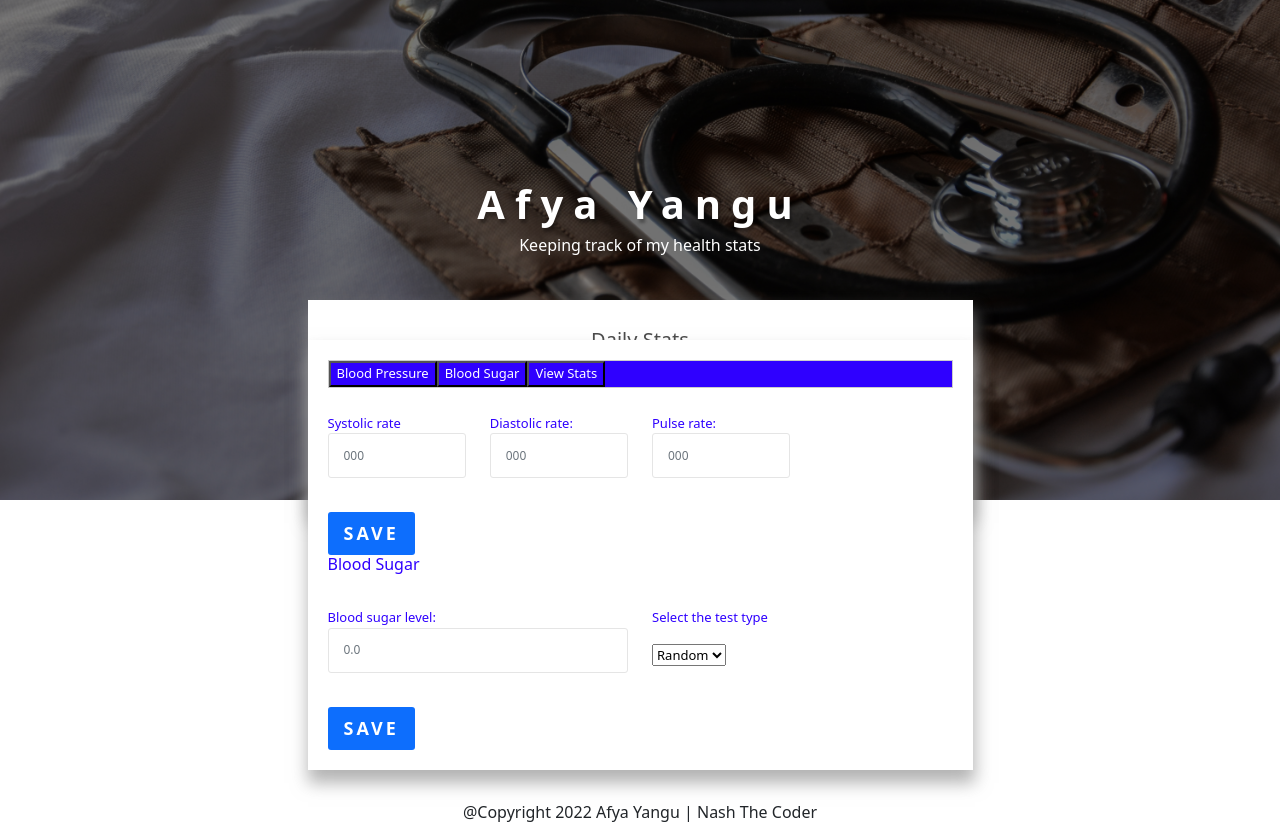
Repository: nashthecoder/afya_yangu
Page: / (app in client/)
These files come from the project's save history. The page is drawn as it stood at one moment and after the next save; the edit follows.
The browser window is 1280 px wide. The pictures show the whole page.
The project was rebuilt for these pictures with package versions that can differ from the ones it lists, and the page was loaded fresh each time.

Above is the page before, as saved 2022-03-17 08:48:16.

### client/public/index.html
<!DOCTYPE html>
<html lang="en">
  <head>
    <meta charset="utf-8" />
    <link rel="icon" href="%PUBLIC_URL%/favicon.ico" />
    <meta name="viewport" content="width=device-width, initial-scale=1" />
    <meta name="theme-color" content="#000000" />
    <meta
      name="description"
      content="Web site created using create-react-app"
    />
    <link rel="apple-touch-icon" href="%PUBLIC_URL%/logo192.png" />
    <!--
      manifest.json provides metadata used when your web app is installed on a
      user's mobile device or desktop. See https://developers.google.com/web/fundamentals/web-app-manifest/
    -->
    <link rel="manifest" href="%PUBLIC_URL%/manifest.json" />
    <!--
      Notice the use of %PUBLIC_URL% in the tags above.
      It will be replaced with the URL of the `public` folder during the build.
      Only files inside the `public` folder can be referenced from the HTML.

      Unlike "/favicon.ico" or "favicon.ico", "%PUBLIC_URL%/favicon.ico" will
      work correctly both with client-side routing and a non-root public URL.
      Learn how to configure a non-root public URL by running `npm run build`.
    -->
    <title>Afya Yangu</title>
  </head>
  <body>
    <noscript>You need to enable JavaScript to run this app.</noscript>
    <div id="root"></div>
    <!--
      This HTML file is a template.
      If you open it directly in the browser, you will see an empty page.

      You can add webfonts, meta tags, or analytics to this file.
      The build step will place the bundled scripts into the <body> tag.

      To begin the development, run `npm start` or `yarn start`.
      To create a production bundle, use `npm run build` or `yarn build`.
    -->
  </body>
</html>

### client/src/index.js
import React from 'react';
import ReactDOM from 'react-dom';
import App from './App';
import reportWebVitals from './reportWebVitals';
import '../src/style.scss';

ReactDOM.render(
  <React.StrictMode>
    <App />
  </React.StrictMode>,
  document.getElementById('root')
);

// If you want to start measuring performance in your app, pass a function
// to log results (for example: reportWebVitals(console.log))
// or send to an analytics endpoint. Learn more: https://bit.ly/CRA-vitals
reportWebVitals();

### client/src/App.js
import React from 'react'
import Banner from './components/Banner'
import Header from './components/Header'
import Form from './components/Form'
import Footer from './components/Footer'
function App() {
  return (
    <div className="App">
      <Banner />
      <Header />
      <Form />
      <Footer />
    </div>
  );
}

export default App;

### client/src/style.scss
@import '../node_modules/bootstrap/scss/bootstrap.scss';
/*********************************************/
/*             GENERAL CSS              */
/*********************************************/

body {
    width: 100%;
    position: relative;
}

p.main-form-text {
    font-size: 20px !important;
    font-weight: 500;
    color: #494949;
}

h3 {
    font-size: 40px;
    letter-spacing: 10px;
    font-weight: bold;
}

h4 {
    font-size: 16px;
}

img {
    width: 100%;
    height: 100%;
}

form {
    position: relative;
}

/*********************************************/
/*              UTILITY CSS             */
/*********************************************/

input,
input.form-control {
    color: #222;
    font-size: 12px;
    background: $white;
    padding: 0 15px;
    width: 100%;
    height: 45px;
    line-height: 46px;
    outline: none;
    border: 1px solid #e5e5e5;
    border-radius: 3px;
    box-shadow: none;
    transition: all 0.3s;
}

.btn-primary {
    font-weight: 600;
    font-size: 18px;
    cursor: pointer;
    display: inline-block;
    text-transform: uppercase;
    border: none;
    color: $white;
    border-radius: 3px;
    transition: all 0.3s;
    letter-spacing: 3px;
}

.btn-primary:hover,
.btn-primary:focus {
    background-color: #2b2b2b;
}

.banner {
    background-image: url("./images/bg.jpg");
    min-height: 500px;
    padding: 40px 0px;
    position: relative;
    background-position: center center;
    background-size: cover;
    background-repeat: no-repeat;
}

.banner::before {
    content: "";
    width: 100%;
    height: 100%;
    opacity: 0.5;
    background-color: #000;
    position: absolute;
    top: 0;
}

.brand {
    text-shadow: 2px 4px 3px rgba(0, 0, 0, 0.3);
}

.caption-text {
    margin-top: 130px;
    color: $white;
    position: relative;
}

/*********************************************/
/*              BANNER CSS              */
/*********************************************/

.banner {
    background-image: url("./images/bg.jpg");
    min-height: 500px;
    padding: 40px 0px;
    position: relative;
    background-position: center center;
    background-size: cover;
    background-repeat: no-repeat;
}

.banner::before {
    content: "";
    width: 100%;
    height: 100%;
    opacity: 0.5;
    background-color: #000;
    position: absolute;
    top: 0;
}

.brand {
    text-shadow: 2px 4px 3px rgba(0, 0, 0, 0.3);
}

.caption-text {
    margin-top: 130px;
    color: $white;
    position: relative;
}

/*********************************************/
/*              FORM CSS                "/
/*********************************************/

.form-box #box-title {
    position: relative;
    padding: 10px;
    text-align: center;
}

.form-box #box-title p {
    margin-bottom: 0;
    font-size: 14px;
}

.fill-form {
    position: relative;
    margin: -210px auto 0px auto;
    box-shadow: 1px 12px 16px 1px rgba(153, 153, 153, 0.75);
    -webkit-box-shadow: 1px 12px 16px 1px rgba(153, 153, 153, 0.75);
    -moz-box-shadow: 1px 12px 16px 1px rgba(153, 153, 153, 0.75);
}

.fill-form .form-box__content {
    padding: 20px;
    margin-bottom: 30px;
    background-color: $white;
}

.row {
    padding-top: 10px;
    color: rgb(47, 0, 255);
    font-size: small;
}

.radio-button {
    font: 1rem 'Fira Sans', sans-serif;
}

.radio-button input {
    margin: .4rem;
}


/*********************************************/
/*              TAB CSS                  "/
/*********************************************/
.tab {
    overflow:hidden;
    border: 1px solid #ccc;
    background-color: rgb(47, 0, 255);
}

.tab button {
    background-color: inherit;
    color: #fff;
}

.tabcontent {
    display: none;
    padding: 6px 12px;
    border: 1px solid #ccc;
    border-top: none;
}
/*********************************************/
/*               FOOTER CSS                  "/
/*********************************************/

footer p {
    margin: 55px 0px 60px 0px;
    padding-top: 20px;
    font-size: 17px;
    font-weight: 600;
    color: transparent;
    -webkit-background-clip: text;
    -moz-background-clip: text;
    background-clip: text;
}


/*********************************************/
/*              MEDIA QUERIES CSS           "/
/*********************************************/

@media only screen and (min-width: 994px) and (max-width: 1398px) and (-webkit-min-device-pixel-ratio: 1) {
    .form-box #box-title {
        padding: 5px 20px 20px 20px;
    }
}

@media only screen and (min-width: 767px) and (max-width: 1196px) and (-webkit-min-device-pixel-ratio: 1) {
    .form-box #box-title {
        padding: 0px;
    }
    .fill-form .form-box__content {
        padding: 50px 50px 60px 50px;
    }
}

@media only screen and (min-width: 500px) and (max-width: 766px) and (-webkit-min-device-pixel-ratio: 1) {
    .form-box #box-title {
        padding: 0px;
    }
    .fill-form .form-box__content {
        padding: 50px 50px 60px 50px;
    }
    h3.brand {
        font-size: 30px;
    }
    .caption-text h4 {
        font-size: 14px;
    }
    .caption-text {
        margin-top: 110px;
    }
    footer {
        margin-bottom: 30px;
    }
    .form-box__img {
        display: none;
    }
}

@media only screen and (min-width: 360px) and (max-width: 499px) and (-webkit-min-device-pixel-ratio: 1) {
    .caption-text {
        margin-top: 30px;
    }
    h3.brand {
        font-size: 19px;
    }
    .banner {
        min-height: 400px;
    }
    .form-box__img {
        display: none;
    }
    footer {
        margin-bottom: 10px;
    }
}

@media only screen and (max-width: 359px) {
    .caption-text {
        margin-top: 30px;
    }
    h3.brand {
        font-size: 17px;
    }
    .caption-text h4 {
        font-size: 12px;
    }
    .banner {
        min-height: 400px;
    }
    .form-box__img {
        display: none;
    }
    .form-box #box-title {
        padding: 0px 30px 30px;
    }
}

### client/src/components/Banner.js
import React from 'react'

const Banner = () => {
    return (
        <>
        <header>
            <div className="banner">
                <div className="container">
                    <div className="row">
                        <div className="col-lg-9 offset-lg-3 mx-auto">
                            <div className="caption-text text-center">
                                <h3 className="brand">Afya Yangu</h3>
                                <h4> Keeping track of my health stats</h4>
                            </div>
                        </div>
                    </div>
                </div>
            </div>
        </header>
        </>
    )
}

export default Banner

### client/src/components/Header.js
import React from 'react'

const Header = () => {
    return (
        <>
        <section>
            <div className="container">
                <div className="row">
                <div className="col-lg-7 offset-lg-2 g-0 mx-auto">
                    <div className="fill-form form-box">
                            <div className="form-box__content">
                            <div id="box-title">
                                <p className="main-form-text">Daily Stats</p>
                            </div>
                            <div className="top-container row-cols-2">
                                <label for="date">Date:</label>
                                <input className="col-3 mt-3" type="date" id="date" name="date" />
                            <label for="test">Select a time:</label>
                                    <select className="col-3 mt-3 p-2"type="time" id="test" name="test">
                                        <option selected>Morning</option>
                                        <option>Evening</option>
                                    </select>
                                </div>
                            </div>
                        </div>
                    </div>
                </div>
                </div>
        </section>
        </>
    )
}

export default Header

### client/src/components/Form.js
import React from 'react'

const Form = () => {
    return (
        <>
        <section>
            <div className="container">
                <div className="row">
                <div className="col-lg-7 offset-lg-2 g-0 mx-auto">
                    <div className="fill-form form-box">
                            <div className="form-box__content">
                                <div className="tab">
                                    <button className="tablinks">Blood Pressure</button>
                                    <button className="tablinks">Blood Sugar</button>
                                    <button className="tablinks">View Stats</button>
                                </div>

                                <form>
                                    <div class="row row-cols-3">
                                    <div className="col-3 mt-3">
                                        <label for="systolic-number">Systolic rate</label>
                                        <input
                                            class="form-control"
                                            id="systolic-number"
                                            name="systolic-number"
                                            placeholder='000'
                                            type="number"
                                        />
                                    </div>
                                    <div className="col-3 mt-3">
                                        <label for="diastolic-number">Diastolic rate:</label>
                                        <input
                                            className="form-control"
                                            id="diastolic-number"
                                            name="diastolic-number"
                                            placeholder='000'
                                            type="number"
                                        />
                                    </div>
                                    <div className="col-3 mt-3">
                                    <label for="pulse-rate">Pulse rate:</label>
                                    <input
                                        className="form-control"
                                        id="pulse-rate"
                                        name="pulse-rate"
                                        placeholder='000'
                                        type="number"
                                    />
                                    </div>
                                    </div>
                                    <div className="d-grid mt-4">
                                    <div class="container">
                                        <div class="row">
                                            <div class="col">
                                                <button class="btn btn-primary btn-lg" type="submit" value="save">
                                                    Save
                                                </button>
                                            </div>
                                        </div>
                                    </div>
                                    </div>
                                </form>

                                <div className="tabContent">
                                <h4>Blood Sugar</h4>
                                <form>
                                    <div class="row row-cols-2">
                                    <div className=" col-6 mt-3">
                                        <label for="bloodSugar-level">Blood sugar level:</label>
                                        <input
                                            class="form-control"
                                            id="bloodSugar-level"
                                            name="bloodSugar-level"
                                            type="number"
                                            step='0.1'
                                            placeholder='0.0'
                                        />
                                    </div>
                                    <div className="mt-3">
                                        <p>Select the test type</p>
                                        <select id="simple" name="simple">
                                            <option selected>Random</option>
                                            <option>Fasted</option>
                                        </select>
                                    </div>
                                    </div>
                                    <div className="d-grid mt-4">
                                    <div class="container">
                                        <div class="row">
                                            <div class="col">
                                                <button class="btn btn-primary btn-lg" type="submit" value="save">
                                                    Save
                                                </button>
                                            </div>
                                        </div>
                                    </div>
                                    </div>
                                </form>
                                </div>
                            </div>
                        </div>
                    </div>
                </div>
                </div>
        </section>
        </>
    )
}

export default Form

### client/src/components/Footer.js
import React from 'react'

const Footer = () => {
    return (
        <>
        <div>
            <p className="footer text-center">@Copyright 2022 Afya Yangu | Nash The Coder</p>
        </div>
        </>
    )
}

export default Footer

Loaded but not shown: client/src/reportWebVitals.js (common file)

After the next save:
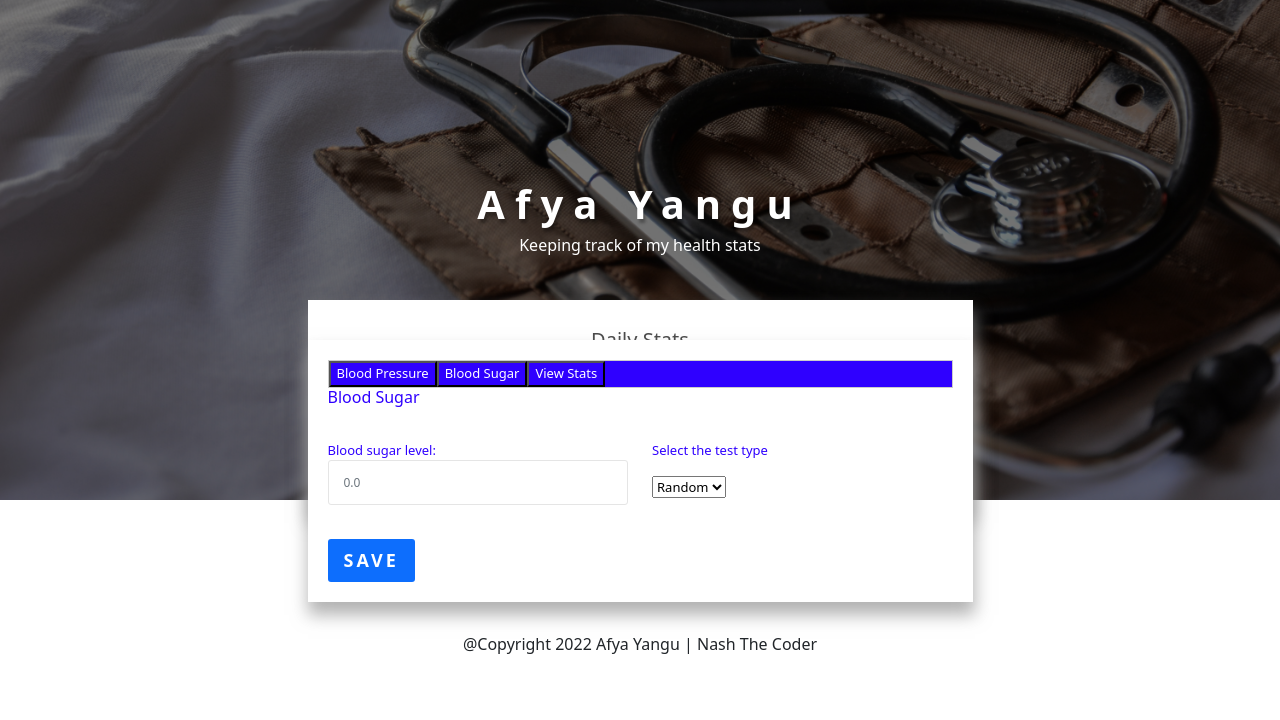
Saved 20 s later.
--- a/client/src/components/Form.js
+++ b/client/src/components/Form.js
@@ -14,52 +14,6 @@ const Form = () => {
                                     <button className="tablinks">Blood Sugar</button>
                                     <button className="tablinks">View Stats</button>
                                 </div>
-
-                                <form>
-                                    <div class="row row-cols-3">
-                                    <div className="col-3 mt-3">
-                                        <label for="systolic-number">Systolic rate</label>
-                                        <input
-                                            class="form-control"
-                                            id="systolic-number"
-                                            name="systolic-number"
-                                            placeholder='000'
-                                            type="number"
-                                        />
-                                    </div>
-                                    <div className="col-3 mt-3">
-                                        <label for="diastolic-number">Diastolic rate:</label>
-                                        <input
-                                            className="form-control"
-                                            id="diastolic-number"
-                                            name="diastolic-number"
-                                            placeholder='000'
-                                            type="number"
-                                        />
-                                    </div>
-                                    <div className="col-3 mt-3">
-                                    <label for="pulse-rate">Pulse rate:</label>
-                                    <input
-                                        className="form-control"
-                                        id="pulse-rate"
-                                        name="pulse-rate"
-                                        placeholder='000'
-                                        type="number"
-                                    />
-                                    </div>
-                                    </div>
-                                    <div className="d-grid mt-4">
-                                    <div class="container">
-                                        <div class="row">
-                                            <div class="col">
-                                                <button class="btn btn-primary btn-lg" type="submit" value="save">
-                                                    Save
-                                                </button>
-                                            </div>
-                                        </div>
-                                    </div>
-                                    </div>
-                                </form>
 
                                 <div className="tabContent">
                                 <h4>Blood Sugar</h4>
